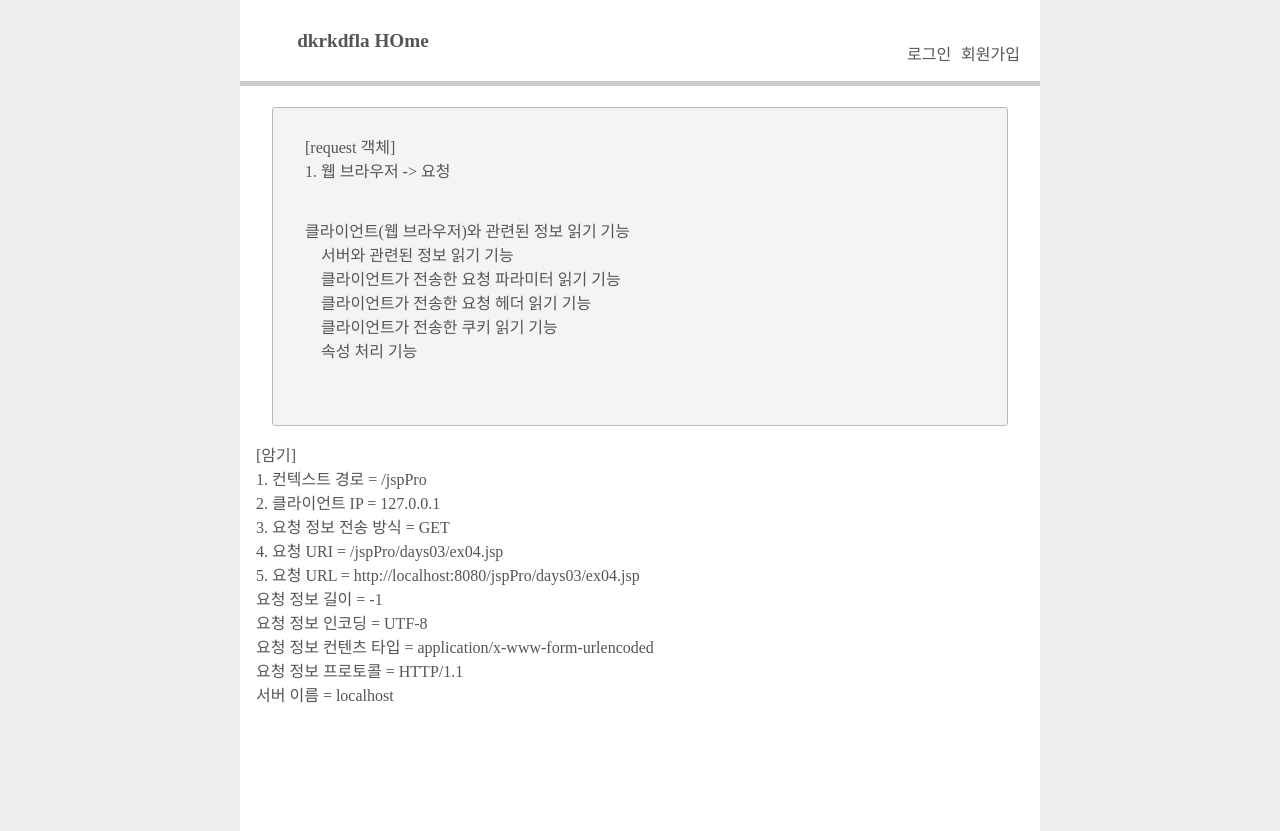
Repository: Dusajang/JSPClass
Page: http://localhost/jspPro/days03/ex04.jsp
The author's editor kept a copy of each file at every save. The page is drawn from the files as they stood at one save, then again after the next save.
The browser window is 1280 px wide. The pictures show the whole page.
Some web fonts or font styles are not loaded; a fallback is used. The page is served by Tomcat 9. Other server files are loaded and not shown.

Above is the page before, as saved 2024-10-17 05:37:00.

### jspPro/src/main/webapp/days03/ex04.jsp
<%@ page contentType="text/html; charset=UTF-8" pageEncoding="UTF-8"%>
<!DOCTYPE html>
<html>
<head>
<meta charset="UTF-8">
<title>Insert title here</title>
<link rel="shortcut icon" type="image/x-icon" href="http://localhost/jspPro/images/SiSt.ico">
<script src="https://ajax.googleapis.com/ajax/libs/jquery/3.7.1/jquery.min.js"></script>
<meta name="viewport" content="width=device-width, initial-scale=1.0">
<meta name="google" content="notranslate">
<link rel="stylesheet" href="http://localhost/jspPro/resources/cdn-main/example.css">
<script src="http://localhost/jspPro/resources/cdn-main/example.js"></script>
<style>
 span.material-symbols-outlined{
    vertical-align: text-bottom;
 }
</style>
</head>
<body>
<header>
  <h1 class="main"><a href="#" style="position: absolute;top:30px;">dkrkdfla HOme</a></h1>
  <ul>
    <li><a href="#">로그인</a></li>
    <li><a href="#">회원가입</a></li>
  </ul>
</header>
<div>
  <xmp class="code">
    [request 객체]
    1. 웹 브라우저 -> 요청


    클라이언트(웹 브라우저)와 관련된 정보 읽기 기능
	서버와 관련된 정보 읽기 기능
	클라이언트가 전송한 요청 파라미터 읽기 기능
	클라이언트가 전송한 요청 헤더 읽기 기능
	클라이언트가 전송한 쿠키 읽기 기능
	속성 처리 기능


  </xmp>
  [암기] <br>
	1. 컨텍스트 경로 		= <%= request.getContextPath() %> <br>
	2. 클라이언트 IP 		= <%= request.getRemoteAddr() %> <br>
	3. 요청 정보 전송 방식 	= <%= request.getMethod() %> <br>
	4. 요청 URI 			= <%= request.getRequestURI() %> <br>
	5. 요청 URL 			= <%= request.getRequestURL() %> <br>

	요청 정보 길이 = <%= request.getContentLength() %> <br>
	요청 정보 인코딩 = <%= request.getCharacterEncoding() %> <br>
	요청 정보 컨텐츠 타입 = <%= request.getContentType() %> <br>
	요청 정보 프로토콜 = <%= request.getProtocol() %> <br>
	서버 이름 = <%= request.getServerName() %> <br>
</div>
</body>
</html>

### jspPro/src/main/webapp/resources/cdn-main/example.css
@charset "UTF-8";

@import url('https://fonts.googleapis.com/css2?family=Material+Symbols+Outlined:opsz,wght,FILL,GRAD@20..48,100..700,0..1,-50..200');

@font-face {
    font-family: 'GmarketSansMedium';
    src: url('https://cdn.jsdelivr.net/gh/projectnoonnu/noonfonts_2001@1.1/GmarketSansMedium.woff') format('woff');
    font-weight: normal;
    font-style: normal;
}

:root {
	--text-color: #555;
	--sub-text-color: #777;
	--back-color: #EFEFEF;
	--header-color: #444;
	--primary-color: #DEDEDE;
	--secondary-color: #EFEFEF;
	--default-width: 800px;
	--narrow-width: 500px;
	--wide-width: 1200px;
	--text-font: 'GmarketSansMedium';
	--icon-font: 'Material Symbols Outlined';
	--border-color: #CCC;
}

html, body {
	margin: 0;
	padding: 0;
}

html {
	background-color: var(--back-color);
	display: flex;
	justify-content: center;
	min-height: 100vh;
}

body, body.default {
	width: var(--default-width);
	background-color: white;
	padding-bottom: 120px;
}

body.wide {
	width: var(--wide-width);
}

body.narrow {
	width: var(--narrow-width);
}



body, p, div, span, a, input, select, option, textarea, button, table, th, td, label, fieldset, legend {
	font-family: var(--text-font);
	color: var(--text-color);
}

h1, h2, h3 {
	font-family: var(--text-font);
	color: var(--header-color);
	padding: 0 1rem;
	padding-top: .5rem;
}

div > h1, div > h2, div > h3 {
	padding: 0;
}

body > div, body > main > div {
	padding: 0.3rem 1rem;
}


h1 { font-size: 2rem; border-bottom: 1px solid var(--border-color); }
h1 small { font-size: 1.2rem; color: var(--sub-text-color); }
h2 { font-size: 1.5rem; border-bottom: 1px dashed var(--border-color); }
h2 small { font-size: 1.1rem; color: --sub-text-color; }
h3 { font-size: 1.2rem; }
h3 small { font-size: 1rem; color: --sub-text-color; }



h1.main::before {
	font-family: var(--icon-font);
  	content: '\e666';
  	margin-right: 10px;
  	float: left;
	font-size: 2.5rem;
}

h1.sub::before {
	font-family: var(--icon-font);
  	content: '\ea19';
  	margin-right: 10px;
  	float: left;
	font-size: 2.5rem;
}


h1.page::before {
	font-family: var(--icon-font);
  	content: '\e0e0';
  	margin-right: 10px;
  	float: left;
	font-size: 2.5rem;
}

body > header > ul > li > .active{
	background-color: #FFF;
	color:#F00;
}

body > header {
	display: flex;
	justify-content: space-between;
	border-bottom: 5px solid var(--border-color);
	min-height: 74px;
	background-color: #FFF;
}

body > header.sticky {
	position: sticky;
	top: 0;
	z-index: 98;
}

body > header > h1 {
	font-size: 1.2rem;
	border: 0;
}

body > header.in > h1::before {
	font-family: var(--icon-font);
  	content: '\e332‥';
  	margin-right: 3px;
  	float: left;
	font-size: 2rem;
}


body > header > ul {
	list-style-type: none;
	display: flex;
	align-items: flex-end;
	margin-right: 10px;
}

body > header > ul > li {
	margin-right: 10px;
	cursor: pointer;
}

body > header > ul > li > a {
	cursor: pointer;
}


form {
	display: block;
}

form > div {
	padding: 0.3rem 1rem;
}

div > form > div {
	padding: 0.3rem 0;
}

input, textarea, button, select {
	border: 1px solid #BBB;
	border-radius: 3px;
	outline: none;
	resize: none;
	padding: 7px;
	margin: 0;
}

input[type=text]:read-only, textarea:read-only {
	cursor: not-allowed;
	background-color: #FFF;
}

input[type=text]:disabled, textarea:disabled {
	cursor: not-allowed;
	background-color: #EEE;
}

input[type=text], input[type=password], textarea, button, select {
	/* width: 300px; */
}

textarea {
	display: block;
	height: 100px;
}

input[type=button], input[type=submit], button {
	/* width: inherit; */
}

input.short, textarea.short, button.short, select.short {
	width: 100px;
}

input.long, textarea.long, button.long, select.long {
	width: 350px;
}

.narrow input.long, .narrow textarea.long, .narrow button.long, .narrow select.long {
	width: calc(100% - 20px);
}

input.full, textarea.full, button.full, select.full {
	width: calc(100% - 20px);
}

textarea.short {
	height: 50px;
}

textarea.long {
	height: 100px;
}

textarea.full {
	height: 200px;
}

input, textarea {
	padding-top: 8px;
}

input[type=button], input[type=submit], button {
	padding: 5px 10px;
	background-color: var(--secondary-color);
	cursor: pointer;
	min-height: 36px;
}

input[type=button].primary, input[type=submit].primary, button.primary {
	/* background-color: rgba(100, 149, 237, .2); */
	background-color: var(--primary-color);
}

input[type=button].primary:hover, input[type=submit].primary:hover, button.primary:hover {
	/* background-color: rgba(100, 149, 237, .3); */
	background-color: var(--secondary-color);
}

input[type=button]:hover, input[type=submit]:hover, button:hover {
	background-color: var(--primary-color);
}

button {
	position: relative;
	left: 0;
	top: 0;
	padding-left: 35px;
}

button .material-symbols-outlined {
	position: absolute;
	left: 10px;
	top: 4px;
}

/* k2nik add */
button.login::before {
	font-family: var(--icon-font);
  	content: '\ea77';
	position: absolute;
	left: 11px;
	top: 4px;
	font-size: 1.25rem;
}

/* k2nik logout */
button.logout::before {
	font-family: var(--icon-font);
  	content: '\e9ba';
	position: absolute;
	left: 11px;
	top: 4px;
	font-size: 1.25rem;
}

/* k2nik help */
button.help::before {
	font-family: var(--icon-font);
  	content: '\f1c0';
	position: absolute;
	left: 11px;
	top: 4px;
	font-size: 1.25rem;
}

button.add::before{
	font-family: var(--icon-font);
  	content: '\e746';
	position: absolute;
	left: 11px;
	top: 4px;
	font-size: 1.25rem;
}

button.back::before {
	font-family: var(--icon-font);
  	content: '\e166';
	position: absolute;
	left: 11px;
	top: 4px;
	font-size: 1.25rem;
}

button.list::before {
	font-family: var(--icon-font);
  	content: '\e0ee';
	position: absolute;
	left: 11px;
	top: 4px;
	font-size: 1.25rem;
}


button.del::before {
	font-family: var(--icon-font);
  	content: '\e872';
	position: absolute;
	left: 11px;
	top: 4px;
	font-size: 1.25rem;
}


button.edit::before {
	font-family: var(--icon-font);
  	content: '\e745';
	position: absolute;
	left: 11px;
	top: 4px;
	font-size: 1.25rem;
}


button.login::before {
	font-family: var(--icon-font);
  	content: '\ea77';
	position: absolute;
	left: 11px;
	top: 4px;
	font-size: 1.25rem;
}


button.logout::before {
	font-family: var(--icon-font);
  	content: '\e9ba';
	position: absolute;
	left: 11px;
	top: 4px;
	font-size: 1.25rem;
}


button.in::before {
	font-family: var(--icon-font);
  	content: '\f71a';
	position: absolute;
	left: 11px;
	top: 4px;
	font-size: 1.25rem;
}


button.out::before {
	font-family: var(--icon-font);
  	content: '\f70e';
	position: absolute;
	left: 11px;
	top: 4px;
	font-size: 1.25rem;
}


button.reply::before {
	font-family: var(--icon-font);
  	content: '\e15e';
	position: absolute;
	left: 11px;
	top: 4px;
	font-size: 1.25rem;
}


button.comment::before {
	font-family: var(--icon-font);
  	content: '\e0b9';
	position: absolute;
	left: 11px;
	top: 4px;
	font-size: 1.25rem;
}


button.modal::before {
	font-family: var(--icon-font);
  	content: '\e89e';
	position: absolute;
	left: 11px;
	top: 4px;
	font-size: 1.25rem;
}


button.ok::before {
	font-family: var(--icon-font);
  	content: '\e86c';
	position: absolute;
	left: 11px;
	top: 4px;
	font-size: 1.25rem;
}


button.cancel::before {
	font-family: var(--icon-font);
  	content: '\e5c9';
	position: absolute;
	left: 11px;
	top: 4px;
	font-size: 1.25rem;
}

button.search::before {
	font-family: var(--icon-font);
  	content: '\e8b6';
	position: absolute;
	left: 11px;
	top: 4px;
	font-size: 1.25rem;
}

button.home::before {
	font-family: var(--icon-font);
  	content: '\e88a';
	position: absolute;
	left: 11px;
	top: 4px;
	font-size: 1.25rem;
}


button.sidebar::before {
	font-family: var(--icon-font);
  	content: '\f7e4';
	position: absolute;
	left: 11px;
	top: 4px;
	font-size: 1.25rem;
}


button.sidebar-right::before {
	font-family: var(--icon-font);
  	content: '\f7e5';
	position: absolute;
	left: 11px;
	top: 4px;
	font-size: 1.25rem;
}




button::before {
	font-family: var(--icon-font);
  	content: '\e323';
	position: absolute;
	left: 11px;
	top: 4px;
	font-size: 1.25rem;
}


table {
	border-collapse: collapse;
	margin: 1rem;
	box-sizing: border-box;
	width: calc(100% - 32px);
}

table.content {
	width: auto;
}

div > table {
	margin: 0;
}

table th, table td {
	border: 1px solid var(--border-color);
	padding: 7px;
	font-weight: normal;
}

table th {
	background-color: var(--back-color);
}

table.vertical th {
	width: 150px;
}

table.vertical td {
	width: calc(100% - 182px);
	padding-left: 10px;
}

table.content td, table.content th {
	width: auto;
}

body.narrow table.vertical th {
	width: 100px;
}

body.narrow table.vertical td {
	width: calc(100% - 182px);
}


table + table {
	margin-top: 30px;
}


p {
	padding: 0 1rem;
}

a {
	text-decoration: none;
}

a:hover {
	color: rgba(255, 99, 71, .7);
}

hr {
	border: 0;
	border-top: 1px solid var(--border-color);
	margin: 2rem 0;
}

.message {
	border: 1px solid var(--border-color);
	background-color: #EFEFEF;
	margin: 1rem;
	width: auto;
	padding-top: 10px;
	padding-bottom: 10px;
	font-size: 14px;
}

.message[title]::before {
	content: attr(title);
	display: block;
	border-bottom: 1px solid var(--border-color);
	padding-bottom: 5px;
	margin-bottom: 10px;
	margin-top: 7px;
}

.message.short {
	max-width: 250px;
}

.message.long {
	max-width: 500px;
}

.badge {
	float: right;
	font-size: .8rem;
	margin-top: 2px;
	margin-right: 2px;
	text-shadow: 0 0 7px gray;
}

.badge.left {
	float: none;
	margin-left: 2px;
}

.badge.right {
	float: right;
}

.badge.red {
	border-radius: 50%;
	padding: 2px 5px;
	background-color: rgb(255, 99, 71, .3);
}

.badge.yellow {

	border-radius: 50%;
	padding: 2px 5px;
	background-color: rgb(255, 215, 0, .5);
}

.badge.blue {
	border-radius: 50%;
	padding: 2px 5px;
	background-color: rgb(100, 149, 237, .3);
}

label + label {
	margin-left: 7px;
}

label input[type=checkbox], label input[type=radio] {
	transform: translate(0, 1px);
}

.group {
	display: flex;
}

.modal-content .group {
	margin-bottom: .5rem;
}

.group label {
	border: 1px solid #BBB;
	border-radius: 3px;
	outline: none;
	resize: none;
	padding: 7px 14px;
	margin: 0;
	border-top-right-radius: 0;
	border-bottom-right-radius: 0;
	background-color: #EFEFEF;
	white-space: nowrap;
	font-size: 14px;
}

.group input[type=text] {
	margin-left: -1px;
	border-top-left-radius: 0;
	border-bottom-left-radius: 0;
}

.group select {
	margin-left: -1px;
	border-top-left-radius: 0;
	border-bottom-left-radius: 0;
}

.group input.full[type=text] {
	margin-left: -1px;
	border-top-left-radius: 0;
	border-bottom-left-radius: 0;
	width: 100%;
}

.group input[type=button]:first-child, .group button:first-child {
	border-top-left-radius: 3px;
	border-bottom-left-radius: 3px;
	margin-left: 0px;
}

.group input[type=button], .group button {
	border-radius: 0;
	margin-left: -1px;
}

.group input[type=button]:last-child, .group button:last-child {
	margin-left: -1px;
	border-top-right-radius: 3px;
	border-bottom-right-radius: 3px;
}

.seperate {
	display: flex;
	justify-content: space-between;
}

div.list {
	width: max-content;
	margin: 1rem;
	border: 1px solid #BBB;
	border-radius: 3px;
	padding: 0;
}

div.list.full {
	width: auto;
	display: block;
	margin: 1rem;
	border: 1px solid #BBB;
	border-radius: 3px;
	padding: 0;
}

div.list > div {
	padding: .5rem 1rem;
	margin: 0;
	border-bottom: 1px solid #BBB;
}

div.list > div:last-child {
	border-bottom: 0;
}

pre.code , xmp.code{
	font-family: consols;
	background-color: rgba(150, 150, 150, .1);
	border: 1px solid #BBB;
	border-radius: 3px;
	padding: .5rem 1rem;
	padding-bottom: .6rem;
	margin: 1rem;
}




*[data-modal-window] {
	position: fixed;
	background-color: rgba(0, 0, 0, .3);
	left: 0;
	top: 0;
	display: none;
	justify-content: center;
	align-items: flex-start;
	width: 100%;
	min-height: 100vh;
	z-index: 100;
	opacity: 0;
	transition: 500ms all;
}

*[data-modal-window] .modal-container {
	border-radius: 5px;
	padding: 1rem;
	padding-bottom: .5rem;
	margin-top: -500px;
	opacity: 0;
	width: 500px;
	background-color: #FFF;
	margin-right: 2rem;
	transition: 500ms all;
}

*[data-modal-size=content] .modal-container {
	width: auto;
}

*[data-modal-size=narrow] .modal-container {
	width: 300px;
}

*[data-modal-size=wide] .modal-container {
	width: 760px;
}


*[data-modal-window] .modal-header {
	border-bottom: 1px solid var(--border-color);
	padding: 2px 5px;
}

*[data-modal-window] .modal-content {
	padding: 1rem 5px;
}

*[data-modal-window] .modal-content div:last-child {
	margin-top: 1rem;
	text-align: right;
}



*[data-sidebar-window] {
	position: fixed;
	background-color: #FFF;
	left: 0;
	top: 0;
	display: block;
	width: 300px;
	border-right: 1px solid var(--border-color);
	box-sizing: border-box;
	box-shadow: 0 0 3px var(--back-color);
	min-height: 100vh;
	z-index: 99;
	transform: translate(-300px, 0);
	transition-duration: 500ms;
	transition-property: transform;
}

*[data-sidebar-direction=right] {
	left: auto;
	right: 0;
	transform: translate(300px, 0);
	border-left: 1px solid var(--border-color);
}

*[data-sidebar-size=wide] {
	width: 500px;
	transform: translate(-500px, 0);
}

*[data-sidebar-window] .sidebar-title {
	border-bottom: 1px solid var(--border-color);
	margin-top: 20px;
	margin-bottom: 20px;
	padding-bottom: 5px;
	display: flex;
	justify-content: space-between;
}

*[data-sidebar-window] .sidebar-title span:last-child {
	cursor: pointer;
}


/* K2Nik pagination */
.center {
  text-align: center;
}

.pagination {
  display: inline-block;
}

.pagination a {
  color: black;
  float: left;
  padding: 3px 6px;
  text-decoration: none;
  transition: background-color .3s;
  border: 1px solid #ddd;
  margin: 0 3px;
}

.pagination a.active {
  background-color: #4CAF50;
  color: white;
  border: 1px solid #4CAF50;
}

.pagination a:hover:not(.active) {background-color: #ddd;}

### jspPro/src/main/webapp/resources/cdn-main/example.js

window.onload = () => {

    const list = document.querySelectorAll('input, textarea');

    list.forEach(item => {
        item.setAttribute('autocomplete', 'off');
    });


    const modal_btn_list = document.querySelectorAll('*[data-modal-button]');

    modal_btn_list.forEach(item => {
        item.onclick = function() {

            const name = this.dataset['modalButton'];
            const modal_window = document.querySelector('*[data-modal-window=' + name);

            const container = document.createElement('div');
            container.className = 'modal-container';



            const modal_header = document.createElement('div');
            modal_header.textContent = modal_window.dataset['modalTitle'];
            modal_header.className = 'modal-header';
            container.appendChild(modal_header);

            const modal_content = document.createElement('div');
            modal_content.className = 'modal-content';
            container.appendChild(modal_content);

            Array.from(modal_window.childNodes).forEach(item => {
                modal_content.appendChild(item);
            });

            modal_window.appendChild(container);

            modal_window.style.display = 'flex';

            setTimeout(() => {
                modal_window.style.opacity = 1;
                container.style.marginTop = '20px';
                container.style.opacity = 1;
            }, 50);


            const modal_ok = document.querySelector('*[data-modal-ok=' + name);
            modal_ok.addEventListener('click', function() {
                modal_window.style.opacity = 0;
                container.style.marginTop = '-500px';
                container.style.opacity = 0;

                setTimeout(() => {
                    modal_window.innerHTML = modal_content.innerHTML;
                    modal_window.style.display = 'none';
                }, 500);

            });

            const modal_cancel = document.querySelector('*[data-modal-cancel=' + name);
            modal_cancel.addEventListener('click', function() {

                modal_window.style.opacity = 0;
                container.style.marginTop = '-500px';
                container.style.opacity = 0;

                setTimeout(() => {
                    modal_window.innerHTML = modal_content.innerHTML;
                    modal_window.style.display = 'none';
                }, 500);
            });


        };
    });


    const sidebar_btn_list = document.querySelectorAll('*[data-sidebar-button]');

    sidebar_btn_list.forEach(item => {
        item.onclick = function() {



            const name = this.dataset['sidebarButton'];
            const sidebar_window = document.querySelector('*[data-sidebar-window=' + name);

            if (sidebar_window.style.transform == 'translate(0px, 0px)') return;



            sidebar_window.style.transform = 'translate(0, 0)';

            const sidebar_title = document.createElement('div');
            sidebar_title.className = 'sidebar-title';
            sidebar_title.innerHTML = '<span>' + sidebar_window.dataset['sidebarTitle'] + '</span><span class="material-symbols-outlined">close</span>';

            sidebar_title.children[1].onclick = function() {

                let sign = 1;
                let distance = 300;

                if (sidebar_window.dataset['sidebarDirection'] != 'right') {
                    sign = -1;
                } else {
                    sign = 1;
                }

                if (sidebar_window.dataset['sidebarSize'] != 'wide') {
                    distance = 300;
                } else {
                    distance = 500;
                }

                distance *= sign;

                sidebar_window.style.transform = 'translate(' + distance + 'px, 0)';

                setTimeout(function() {
                    sidebar_window.removeChild(sidebar_window.children[0]);
                }, 500);
            };


            sidebar_window.prepend(sidebar_title);

        }
    });

};

// window.onkeydown = function(event) {

//     if (event.keyCode == 27) {
//         if (document.querySelector('[data-modal-window').style.display == 'flex') {
//             document.querySelector('[data-modal-window').style.display = 'none';
//         }
//     }

// };

After the next save:
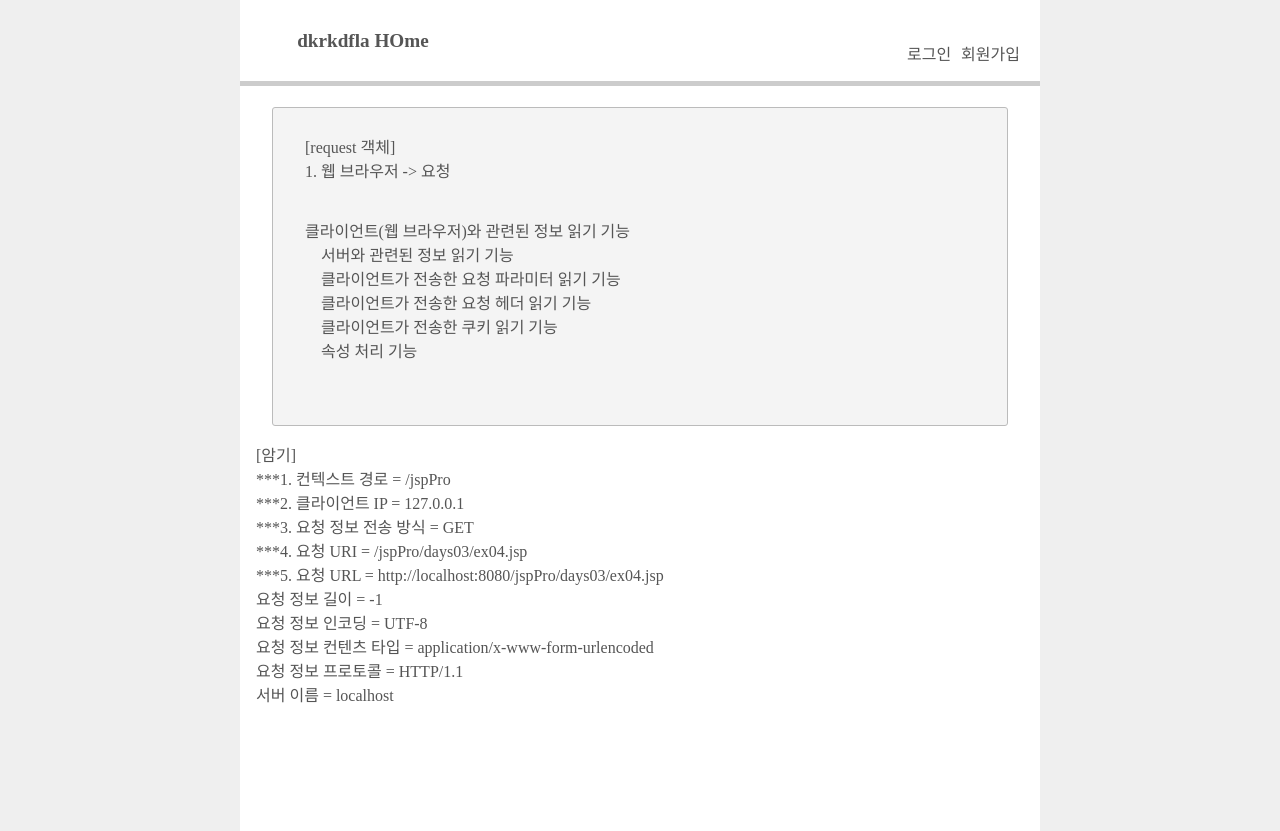
Saved 5 s later.
--- a/jspPro/src/main/webapp/days03/ex04.jsp
+++ b/jspPro/src/main/webapp/days03/ex04.jsp
@@ -40,11 +40,11 @@
 
   </xmp>
   [암기] <br>
-	1. 컨텍스트 경로 		= <%= request.getContextPath() %> <br>
-	2. 클라이언트 IP 		= <%= request.getRemoteAddr() %> <br>
-	3. 요청 정보 전송 방식 	= <%= request.getMethod() %> <br>
-	4. 요청 URI 			= <%= request.getRequestURI() %> <br>
-	5. 요청 URL 			= <%= request.getRequestURL() %> <br>
+	***1. 컨텍스트 경로 		= <%= request.getContextPath() %> <br>
+	***2. 클라이언트 IP 		= <%= request.getRemoteAddr() %> <br>
+	***3. 요청 정보 전송 방식 	= <%= request.getMethod() %> <br>
+	***4. 요청 URI 			= <%= request.getRequestURI() %> <br>
+	***5. 요청 URL 			= <%= request.getRequestURL() %> <br>
 
 	요청 정보 길이 = <%= request.getContentLength() %> <br>
 	요청 정보 인코딩 = <%= request.getCharacterEncoding() %> <br>
